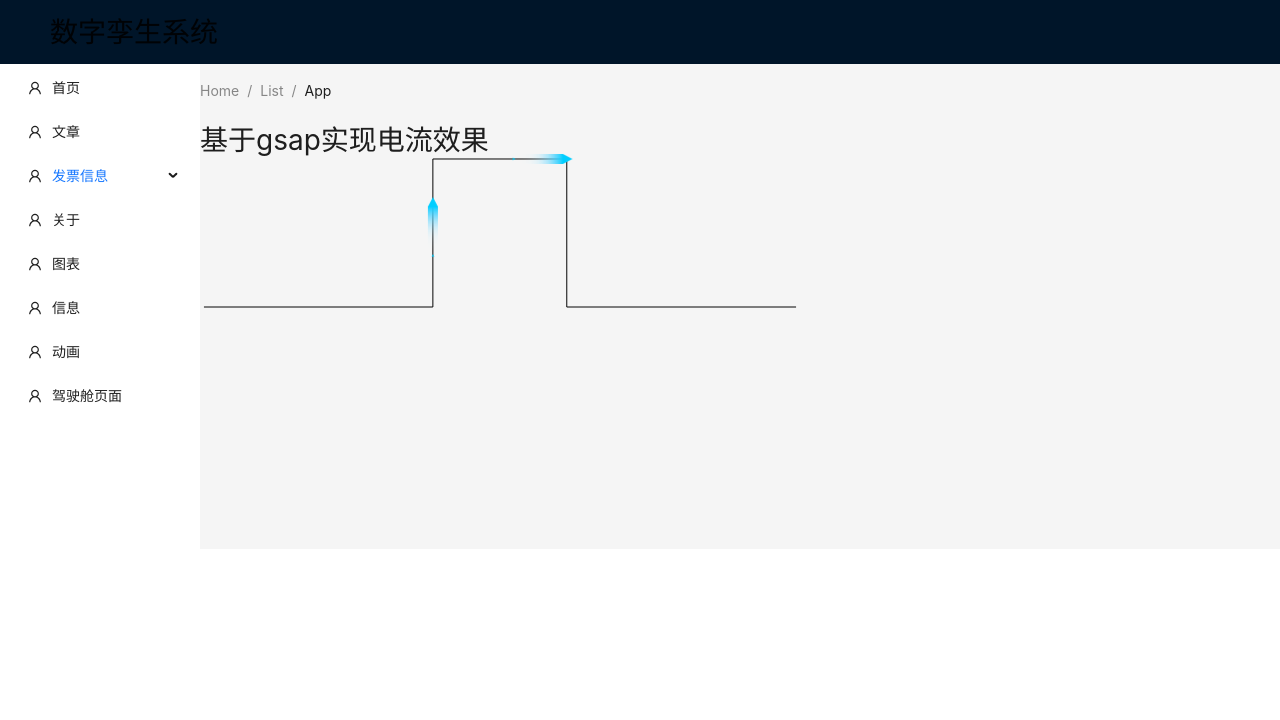
Repository: HailiePan/webpack-react-practice
Page: /animation
These files come from the project's save history. The page is drawn as it stood at one moment and after the next save; the edit follows.
The browser window is 1280 px wide. The pictures show the whole page.
The project was rebuilt for these pictures with package versions that can differ from the ones it lists, and the page was loaded fresh each time. Also part of the build but not shown: src/pages/Animation/component/ScrollAnimation/index.jsx, src/pages/Home.jsx, src/pages/Invoices/index.jsx, src/pages/Invoices/Invoice.jsx, src/pages/Invoices/Pending.jsx, src/pages/Invoices/Complete.jsx, src/components/CommonBox/index.less, src/components/CommonBox/index.jsx and 27 more.

Above is the page before, as saved 2024-01-24 15:25:23.

### index.html
<!--
 * Author  hailie.pan
 * Date  2023-10-08 16:03:03
 * LastEditors  hailie.pan
 * LastEditTime  2023-10-08 16:03:04
 * Description  file content
-->
<!--
 * Author  hailie.pan
 * Date  2023-10-07 17:34:05
 * LastEditors  hailie.pan
 * LastEditTime  2023-10-07 17:34:06
 * Description  file content
-->
<!DOCTYPE html>
<html lang="en">
  <head>
    <meta charset="UTF-8" />
    <meta http-equiv="X-UA-Compatible" content="IE=edge" />
    <meta name="viewport" content="width=device-width, initial-scale=1.0" />
    <title>Document</title>
  </head>
  <body>
    <div id="app"></div>
  </body>
</html>

### src/index.jsx
/*
 * Author  hailie.pan
 * Date  2023-10-07 17:16:58
 * LastEditors  hailie.pan
 * LastEditTime  2023-10-24 17:39:40
 * Description  file content
 */
import React, { StrictMode } from "react";
import * as ReactDOM from "react-dom/client";
import { BrowserRouter, useRoutes } from "react-router-dom";
import { routes } from "@/router";
const App = () => {
  return useRoutes(routes);
};
const root = ReactDOM.createRoot(document.getElementById("app"));
// v18 的新方法
root.render(
  <StrictMode>
    <BrowserRouter>
      <App />
    </BrowserRouter>
  </StrictMode>
);

// BrowserRouter下直接渲染useRoutes,routes里配置好路径对应的组件
// 然后就会显示路径对应的组件
// useRoutes(routes)必须在函数里写着

### src/router/index.js
/*
 * @Author: Hailie.Pan
 * @Date: 2023-11-28 10:30:45
 * @LastEditors: Hailie.Pan
 * @LastEditTime: 2024-01-11 10:41:08
 * @Description:
 */
/*
 * Author  hailie.pan
 * Date  2023-10-13 17:13:27
 * LastEditors  hailie.pan
 * LastEditTime  2023-11-28 10:30:45
 * Description  file content
 */
import React from "react";
import { useRoutes } from "react-router-dom";

import BaseLayout from "@/BaseLayout";

import Home from "@/pages/Home";
import Invoices from "@/pages/Invoices";
import Invoice from "@/pages/Invoices/Invoice";
import Pending from "@/pages/Invoices/Pending";
import Complete from "@/pages/Invoices/Complete";
import About from "@/pages/About";
import Article from "@/pages/Article";
import ControlRoomFirstPage from "@/pages/ControlRoomFirstPage";
import Chart from "@/pages/Chart";
import Info from "@/pages/Info";
import Animation from '@/pages/Animation'

const routes = [
  {
    path: "/",
    element: <BaseLayout />,
    name: "一级场景",
    children: [
      { path: "/home", element: <Home />, name: "首页" },
      { path: "/article", element: <Article />, name: "文章" },
      {
        // path: "/invoices",
        // element: <Invoices />,
        name: "发票信息",
        children: [
          {
            path: "/invoices/invoicesDetail/:id",
            element: <Invoice />,
            name: "发票1详情",
          },
          {
            path: "/invoices/pending",
            element: <Pending />,
            name: "发票2详情",
          },
          {
            path: "/invoices/complete",
            element: <Complete />,
            name: "发票3详情",
          },
        ],
      },

      {
        path: "/about",
        element: <About />,
        name: "关于",
      },
      {
        path: "/chart",
        element: <Chart />,
        name: "图表",
      },
      {
        path: "/info",
        element: <Info />,
        name: "信息",
      },
      {
        path: "/animation",
        element: <Animation />,
        name: "动画",
      },
    ],
  },
  {
    path: "/controlRoomFirstPage",
    element: <ControlRoomFirstPage />,
    name: "驾驶舱页面",
  },
];

export { routes };

### src/BaseLayout/index.jsx
/*
 * Author  hailie.pan
 * Date  2023-10-13 17:28:32
 * LastEditors  hailie.pan
 * LastEditTime  2023-12-04 10:37:50
 * Description  file content
 */

import React, {useEffect, useCallback, useState, useMemo } from 'react';
import { LaptopOutlined, NotificationOutlined, UserOutlined } from '@ant-design/icons';
import { Breadcrumb, Layout, Menu, theme } from 'antd';
import { Link, NavLink, useRoutes, Navigate, Outlet } from 'react-router-dom';
import { gsap } from "gsap";
import { ScrollTrigger } from 'gsap/ScrollTrigger.js'
import { routes } from '@/router';
import StateContext from './data.js';
import styles from './index.less';
import ScrollAnimation from '@/pages/Animation/component/ScrollAnimation'
const { Header, Content, Sider } = Layout;

export default function BaseLayout() {
  // console.log("routes", routes);
  const [selectedMenuKeys, setSelectedMenuKeys] = useState([]);

  // useMemo缓存菜单的计算方法，避免每次刷新时都计算一遍
  // 这个菜单的算法还是不太优美，不好维护
  let showMenu = useMemo(
    () =>
      routes
        .map((item, index) => {
          if (item.children) {
            const arr2 = item.children.map((c, cIndex) => {
              return {
                key: cIndex,
                icon: React.createElement(UserOutlined),
                name: c.name,
                label: (
                  <NavLink to={c.path} state={'From App'}>
                    {c.name}
                  </NavLink>
                ),
                children: c?.children?.map((t, tIndex) => ({
                  key: `${cIndex}-${tIndex}`,
                  icon: React.createElement(UserOutlined),
                  name: t.name,
                  label: <NavLink to={t.path}>{t.name}</NavLink>
                }))
              };
            });
            return arr2;
          } else {
            return {
              key: 'dandu' + index,
              icon: React.createElement(UserOutlined),
              name: item.name,
              label: (
                <NavLink to={item.path} state={'From App'}>
                  {item.name}
                </NavLink>
              )
            };
          }
        })
        .flat(), // arr2是个数组，放到showMenu数组里需要拉平
    []
  );
  showMenu.flat();
  // console.log("showMenu", showMenu);

  const menuArr = [
    {
      key: 0,
      icon: React.createElement(UserOutlined),
      label: (
        <NavLink to="/home" state={'From App'}>
          首页
        </NavLink>
      )
    },

    {
      key: 1,
      icon: React.createElement(LaptopOutlined),
      label: <NavLink to="invoices">发票信息</NavLink>,
      children: [
        {
          key: '1-0',
          label: <NavLink to="/invoices/invoicesDetail/1?a=a&b=b">发票1详情页</NavLink>
        },
        {
          key: '1-1',
          label: <NavLink to="/invoices/pending?fromPage=菜单点击">发票2详情页</NavLink>
        },
        {
          key: '1-2',
          label: (
            <NavLink to="/invoices/complete" state={'左侧菜单点击'}>
              发票3详情页
            </NavLink>
          )
        }
      ]
    },
    {
      key: 2,
      icon: React.createElement(NotificationOutlined),
      label: <NavLink to="about">关于</NavLink>
    },
    {
      key: 3,
      icon: React.createElement(NotificationOutlined),
      label: <NavLink to="controlRoomFirstPage">驾驶舱页面</NavLink>
    },
    {
      key: 4,
      icon: React.createElement(LaptopOutlined),
      label: <NavLink to="article">文章</NavLink>
    }
  ];

  const onSelectMenu = ({ item, key, keyPath, selectedKeys, domEvent }) => {
    setSelectedMenuKeys([key]);
  };

  const [state, setState] = useState('playing');

  // useEffect(()=>{
  //   gsap.registerPlugin(ScrollTrigger)
  //     // 绿色方块
  //     gsap.to("#ewrwer", {
  //       rotation: 900,
  //       x:400,
  //       duration: 1,
  //       scrollTrigger: {
  //         trigger: '#ewrwer', // 动画的元素
  //         scroller: document.getElementById('21321'), // 滚动的元素
  //         scrub: 2,
  //         markers: true,
  //       },

  //     });
  // },[])

  return (
    <Layout className={styles.layoutWrap}>
{/*
      <div className={styles.box} id='21321'>
        <div className={styles.green} id='ewrwer'></div>
        <div style={{height:'1000px'}} />
      </div> */}

      {/* <ScrollAnimation /> */}


      <Header className={styles.header}>
        <div className={styles.logo} />

        <h1>数字孪生系统</h1>
      </Header>

      <Layout>
        <Sider className={styles.sider}>
          <Menu
            mode="inline"
            // defaultSelectedKeys={["0"]}
            // defaultOpenKeys={["sub1"]}
            style={{
              height: '100%',
              borderRight: 0
            }}
            items={showMenu}
            selectedKeys={selectedMenuKeys}
            onSelect={onSelectMenu}
          />
        </Sider>

        <Layout className={styles.rightLayout}>
          <Breadcrumb
            style={{
              margin: '16px 0'
            }}
          >
            <Breadcrumb.Item>Home</Breadcrumb.Item>
            <Breadcrumb.Item>List</Breadcrumb.Item>
            <Breadcrumb.Item>App</Breadcrumb.Item>
          </Breadcrumb>

          <StateContext.Provider value={{ state, setState }}>
            <Content className={styles.content} id='content'>
              <Outlet />
            </Content>
          </StateContext.Provider>
        </Layout>
      </Layout>
    </Layout>
  );
}

### src/pages/Animation/index.jsx
/*
 * @Author: Hailie.Pan
 * @Date: 2024-01-11 10:41:16
 * @LastEditors: Hailie.Pan
 * @LastEditTime: 2024-01-24 15:25:22
 * @Description:
 */
import React, { useRef, useEffect, useState } from 'react';
import { gsap } from 'gsap';
import { ScrollTrigger } from 'gsap/ScrollTrigger.js';
import MoveBox from './component/MoveBox';
import MoveOnPath from './component/MoveOnPath';
import CanvasDraw from './component/CanvasDraw';
import TimeLine from './component/TimeLine';
import ScrollAnimation from './component/ScrollAnimation';
import ScrollAnimation2 from './component/ScrollAnimation2';
import ImitateElectricity from './component/ImitateElectricity';
import DraggableCom from './component/DraggableCom';
import styles from './index.module.less';

export default function Animation() {
  let obj = { myNum: 10, myColor: 'red' };

  useEffect(() => {
    // stagger 依次执行动画
    // gsap.to([boxRef.current, boxRef2.current, boxRef3.current], {
    //   rotation: 360,
    //   stagger:1,
    //   duration:2
    // });

    gsap.to(obj, {
      myNum: 200,
      myColor: 'blue',
      onUpdate: () => {
        console.log('onUpdate', obj.myColor);
      },
      onComplete: () => console.log('onComplete', obj.myNum, obj.myColor)
    });
  }, []);

  return (
    <div className={styles.wrap}>
      {/* <MoveBox /> */}

      {/* 在canvas中驱动元素绘制 */}
      {/* <CanvasDraw /> */}

      {/* 时间线动画 stagger依次错开 */}
      {/* <TimeLine /> */}

      {/* 元素沿SVG路径移动 */}
      {/* <MoveOnPath /> */}

      {/* 把canvas的效果和gsap的效果放在一起对比 */}
      {/* 模拟电流效果 */}
      <ImitateElectricity />

      {/* 滚动动画 */}
      {/* <ScrollAnimation /> */}

      {/* 滚动动画 */}
      {/* <ScrollAnimation2 /> */}

      {/* 可拖拽 */}
      {/* <DraggableCom /> */}
    </div>
  );
}

### src/BaseLayout/data.js
/*
 * Author  hailie.pan
 * Date  2023-11-28 10:20:25
 * LastEditors  hailie.pan
 * LastEditTime  2023-11-28 10:26:27
 * Description  file content
 */
import { createContext } from "react";

const StateContext = createContext({});

export default StateContext;

### src/BaseLayout/index.less
body {
  margin: 0;
  // height: 200vh;
}


.layoutWrap {
  height: 100vh;
  overflow-y: auto;
}

.box{
  height: 200px;
  overflow-y: auto;
  // border: 1px solid rgb(239, 200, 151);
}
.green{
  width: 50px;
  height: 50px;
  background-color: green;
  border-radius: 4px;
  margin: 0 auto;
  position: fixed;
  top: 50%;
  left: 50%;
}
.header {
  display: flex;
  align-items: center;

  .logo {
    width: 100px;
    height: 40px;
    background: rgba(255, 255, 255, 0.5);
    margin-right: 20px;
  }
  h1 {
    color: #fff;
    padding: 0;
    margin: 0;
  }
}
@colorBgContainer: #fff;
.sider {
  width: 200;
  background: @colorBgContainer;
}
.rightLayout {
  padding: 0 24px 24px;
}

.content {
  padding: 24px;
  margin: 0;
  min-height: 280px;
  background: @colorBgContainer;
  // border: 1px solid green; // 高度没有被页面的高度撑开
  // height: auto;
  overflow-y: scroll;
}

### src/pages/home.less
@color: rgb(248, 157, 39);

@font-face {
  font-family: "DIN";
  src: url("@/assets/fonts/庞门正道标题体2.0增强版.ttf");
  font-style: normal;
  font-weight: normal;
}
.wrapper {
  font-weight: 700;
  color: #333;

  ul {
    color: @color;
    // list-style-type: none;
  }
  .fontStyle {
    font-family: "DIN";
  }

  .box {
    height: 500px;
    margin-top: 20px;
    display: flex;
    .item {
      flex-shrink: 1; //属性定义了项目的缩小比例，默认为1，即如果空间不足，该项目将缩小
      flex-grow: 1; // 定义项目的放大比例，默认为0，即如果存在剩余空间，也不放大
      width: 300px;
      background-color: #fce09e;
      border: 1px solid rgb(255, 162, 0);
    }
  }
  .showImg {
    display: flex;
    img {
      width: 100px;
      height: 100px;
      margin-top: 10px;
      display: block;
    }
  }
}

### src/pages/Animation/component/ImitateElectricity/index.jsx
/*
 * @Author: Hailie.Pan
 * @Date: 2024-01-16 22:18:53
 * @LastEditors: Hailie.Pan
 * @LastEditTime: 2024-01-23 20:10:45
 * @Description:
 */
import React, { useEffect, useRef } from 'react';
import { gsap } from 'gsap';
import { MotionPathPlugin, MotionPathHelper } from 'gsap/all';
import styles from './index.module.less';

export default function ImitateElectricity() {
  const jiantou = useRef();
  const jiantou2 = useRef();

  useEffect(() => {
    // 注册插件
    gsap.registerPlugin(MotionPathPlugin);

    const tl = gsap.timeline();

    gsap.set([jiantou.current, jiantou2.current], { scale: 0.5, autoAlpha: 1 });

    tl.to([jiantou.current, jiantou2.current], {
      duration: 10,
      ease: 'none',
      immediateRender: true,
      repeat: -1, // 重复
      stagger: 2, // 间隔时间
      motionPath: {
        path: '#xianlu', // 路径
        align: '#xianlu', // 对齐到路径
        alignOrigin: [0.5, 0.5], // 对齐原点
        autoRotate: 90 // 沿路径方向旋转角度
        // offsetX: -20,
        // offsetY: 0,
      }
    });
    // gsap.registerPlugin(MotionPathPlugin, MotionPathHelper)
  }, []);

  return (
    <div>
      <h1>基于gsap实现电流效果</h1>
      {/* svg路径必须是path */}
      <svg class={styles.motionPath} viewBox="0 0 600 152">
        <path id="xianlu" fill="none" stroke="#000" d="m0,151h231.97V1h135.69v150h232.35" />
      </svg>

      <div className={styles.jiantou} ref={jiantou}></div>
      <div className={styles.jiantou} ref={jiantou2}></div>
    </div>
  );
}

### src/pages/Animation/component/ScrollAnimation/index.module.less

.wrap{
  border:1px solid red;
  height: 600px;
  background-color: #111;
  color: white;
  // overflow-x: hidden;
  overflow-y: scroll;
}
h1, h2 {
  margin: 0;
  font-weight: 400;
  max-width: none;
}
.headerSection{
  height: 400px;
  line-height: 400px;
  border: 1px solid rgb(255, 140, 0);
}

.comparisonSection {
  position: relative;
  padding-bottom: 56.25%; /* to maintain aspect ratio (responsive!) */
  border: 1px solid yellow;

  .comparisonImage {
    width: 100%;
    height: 100%;

    img {
      width: 100%;
      height: 100%;
      position: absolute;
      top: 0;
    }
  }

  .afterImage {
    position: absolute;
    overflow: hidden;
    top: 0;
    transform: translate(100%, 0px);
    img {
      transform: translate(-100%, 0px);
    }
  }
}

### src/pages/Animation/component/ImitateElectricity/index.module.less
.motionPath {
    overflow: visible;
      width: 600px;
      height: 150px;
  }

  .jiantou{
    width: 20px;
    height: 119px;
    background: url('./assets/jiantou.png');
  }

After the next save:
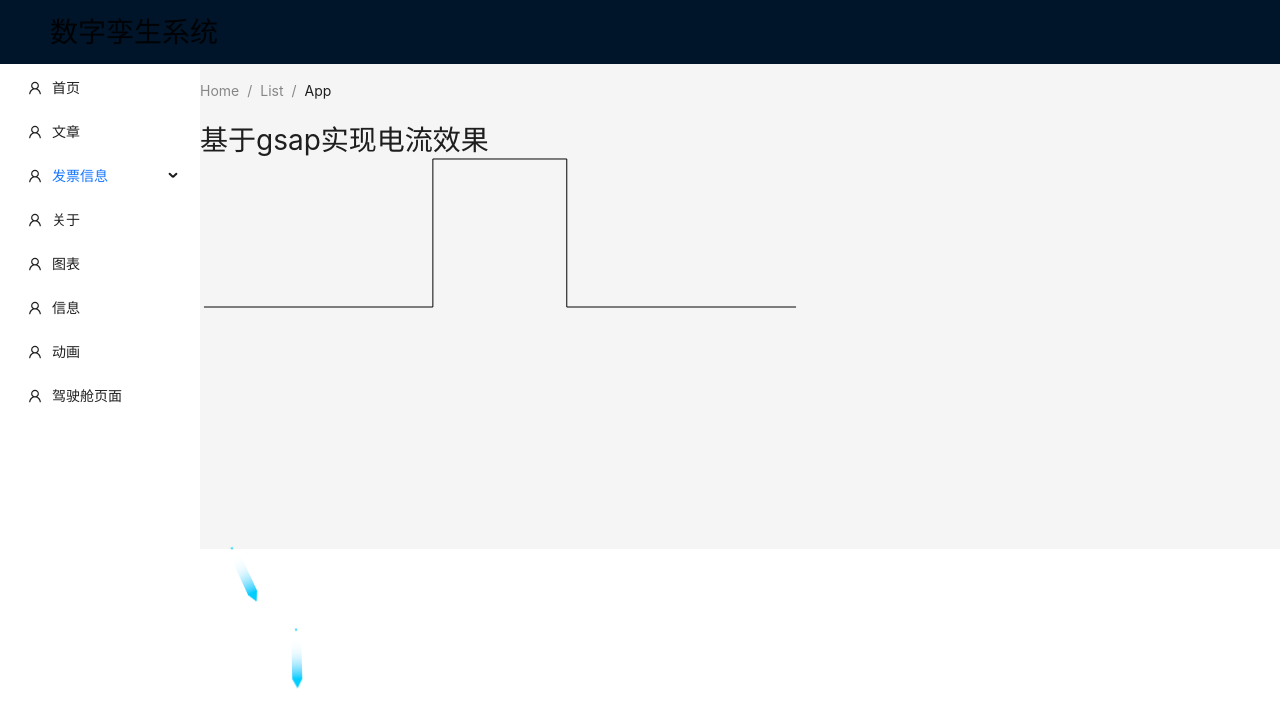
Saved 65 s later.
--- a/src/pages/Animation/component/ImitateElectricity/index.jsx
+++ b/src/pages/Animation/component/ImitateElectricity/index.jsx
@@ -2,7 +2,7 @@
  * @Author: Hailie.Pan
  * @Date: 2024-01-16 22:18:53
  * @LastEditors: Hailie.Pan
- * @LastEditTime: 2024-01-23 20:10:45
+ * @LastEditTime: 2024-01-24 15:26:28
  * @Description:
  */
 import React, { useEffect, useRef } from 'react';
@@ -29,7 +29,13 @@ export default function ImitateElectricity() {
       repeat: -1, // 重复
       stagger: 2, // 间隔时间
       motionPath: {
-        path: '#xianlu', // 路径
+        // path: '#xianlu', // 路径
+        path: [
+          { x: 0, y: 0 },
+          { x: 80, y: 200 },
+          { x: 90, y: 400 },
+          { x: 100, y: 600 }
+        ],
         align: '#xianlu', // 对齐到路径
         alignOrigin: [0.5, 0.5], // 对齐原点
         autoRotate: 90 // 沿路径方向旋转角度
